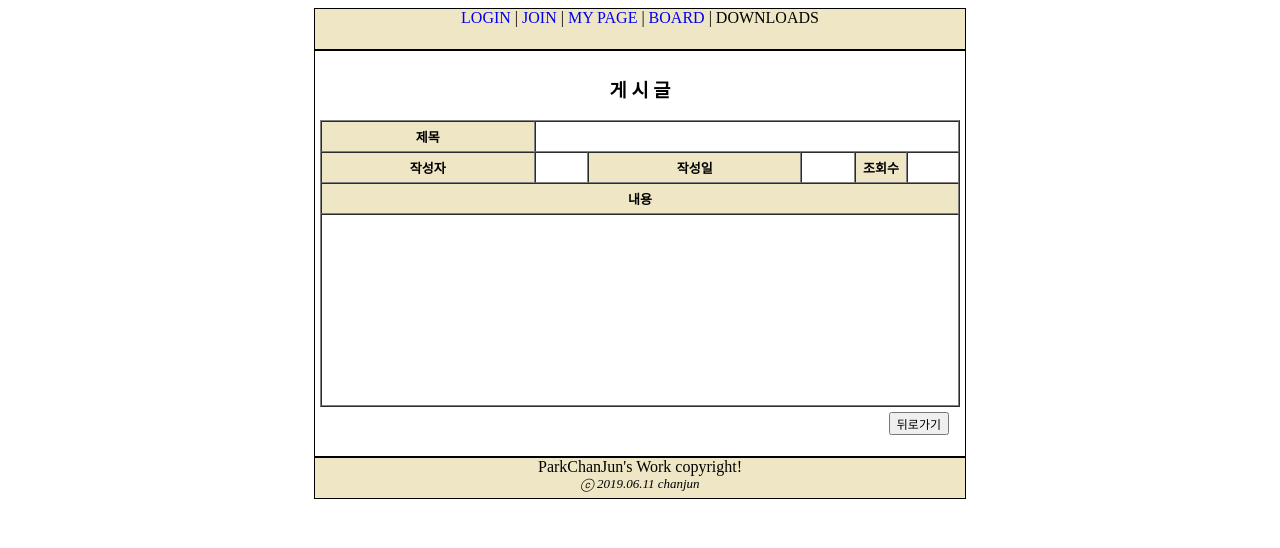
Repository: slolee/Spring-Board
Page: http://localhost/spring_project/WEB-INF/views/board/contentView.jsp
The author's editor kept a copy of each file at every save. The page is drawn from the files as they stood at one save, then again after the next save.
The browser window is 1280 px wide. The pictures show the whole page.
The page is served by Tomcat 9. Nobody is signed in. Other server files are loaded and not shown. The template is opened directly, without the code that normally fills it, so the values that code supplies are empty.

Above is the page before, as saved 2019-07-03 12:34:39.

### spring_project/src/main/webapp/WEB-INF/views/board/contentView.jsp
<%@ page language="java" contentType="text/html; charset=UTF-8"
    pageEncoding="UTF-8"%>
<%@ taglib prefix="c" uri="http://java.sun.com/jsp/jstl/core" %>
<jsp:include page="../layout/header.jsp">
	<jsp:param name="title" value="Board Page!"/>
</jsp:include>

<script type="text/javascript">
	function board_delete(idx){
		if(confirm("정말 삭제하시겠습니까 ?") == true)
			location.href="deleteLogic.do?idx="+idx;
		return;
	}
</script>

<h3>게 시 글</h3>
<table border=1 cellpadding="5" cellspacing="0" align="center" width="640px" higth="400px" style="font-size:small;">
		<tr>
			<th>제목</th>
			<td colspan="5">${ vo.title }</td>

		</tr>
		<tr>
			<th>작성자</th>
			<td>${ vo.id }</td>
			<th>작성일</th>
			<td>${ vo.regdate }</td>
			<th width="40px">조회수</th>
			<td width="40px">${ vo.hit }</td>
		</tr>

		<tr>
			<th colspan="6">내용</th>
		</tr>

		<tr>
			<td colspan="6" height="180px" style="vertical-align:top; margin-top:5px;">${ vo.context }</td>
		</tr>
</table>
<div align="right" style="margin-top:5px;">
		<input type="button" value="뒤로가기" onclick="location.href='boardView.do'">
		<c:choose>
			<c:when test="${ sessionScope.login_id ne 'admin' }">
				<c:if test="${ self eq 1 }">
					<input type="button" value="수정" onclick="location.href='updateView.do?idx=${ vo.idx }'">
					<input type="button" value="삭제" onclick="board_delete('${ vo.idx }')">
				</c:if>
			</c:when>
			<c:otherwise>
				<c:if test="${ self eq 1 }">
					<input type="button" value="수정" onclick="location.href='updateView.do?idx=${ vo.idx }'">
				</c:if>
				<input type="button" value="삭제" onclick="board_delete('${ vo.idx }')">
			</c:otherwise>
		</c:choose>
		&nbsp;&nbsp;&nbsp;
</div>

<%@ include file = "../layout/footer.jsp" %>

### spring_project/src/main/webapp/WEB-INF/views/layout/footer.jsp
<%@ page language="java" contentType="text/html; charset=UTF-8"
    pageEncoding="UTF-8"%>
		</div>
		<div id="footer" align="center">
			ParkChanJun's Work copyright! <br>
			<i><font size="2">ⓒ 2019.06.11 chanjun</font></i>
		</div>
	</div>
</body>
</html>

### spring_project/src/main/webapp/WEB-INF/views/layout/header.jsp
<%@ page language="java" contentType="text/html; charset=UTF-8"
    pageEncoding="UTF-8"%>
<%@ taglib prefix="c" uri="http://java.sun.com/jsp/jstl/core" %>
<%
	request.setCharacterEncoding("UTF-8");
	String title = request.getParameter("title");
	if(title == null)
		title = "My Homepage";
%>
<!DOCTYPE html PUBLIC "-//W3C//DTD HTML 4.01 Transitional//EN" "http://www.w3.org/TR/html4/loose.dtd">
<html>
<head>
	<meta http-equiv="Content-Type" content="text/html; charset=UTF-8">
	<title><%= title %></title>
	<style>
		#header, #footer{
			background-color: #EEE6C4;
			font-family: "HY울릉도M";
			border: 1px solid black;
			width: 650px;
			height: 40px;
		}
		#main{
			border: 1px solid black;
			width: 650px;
			min-height: 400px;
			padding-top: 5px;
		}
		a{
			text-decoration: none;
		}

		input[type=button], input[type=submit], input[type=reset], input[type=file]{
			font-size: 9pt;
		}

		input[type="text"], input[type="password"], textarea{
			border: 0px;
			padding: 0px 0px 0px 5px;
		}

		table{
			font-size: small;
		}

		th{
			background-color: #EEE6C4;
		}

		td{
			background-color: #FFFFFF;
		}

	</style>
</head>
<body>
	<div align="center">
		<div id="header" align="center">
			<c:choose>
				<c:when test="${ sessionScope.login_id == null }">
					<a href="loginView.do">LOGIN</a> |
					<a href="joinView.do">JOIN</a> |
				</c:when>
				<c:otherwise>
					${ sessionScope.login_nickname } |
					<a href="logoutLogic.do">LOGOUT</a> |
				</c:otherwise>
			</c:choose>

			<a href="mypageView.do">MY PAGE</a> |
			<a href="boardView.do">BOARD</a> |
			DOWNLOADS
		</div>
		<div id="main" align="center">

After the next save:
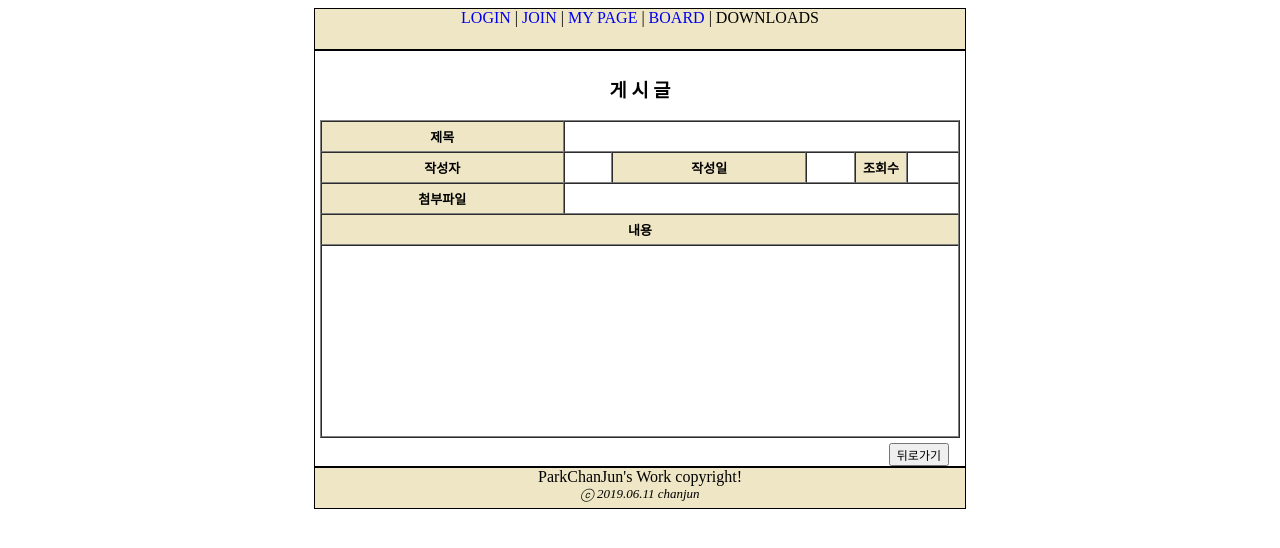
Saved 15 min 6 s later.
--- a/spring_project/src/main/webapp/WEB-INF/views/board/contentView.jsp
+++ b/spring_project/src/main/webapp/WEB-INF/views/board/contentView.jsp
@@ -28,6 +28,10 @@
 			<th width="40px">조회수</th>
 			<td width="40px">${ vo.hit }</td>
 		</tr>
+		<tr>
+			<th>첨부파일</th>
+			<td colspan="5"></td>
+		</tr>
 
 		<tr>
 			<th colspan="6">내용</th>
